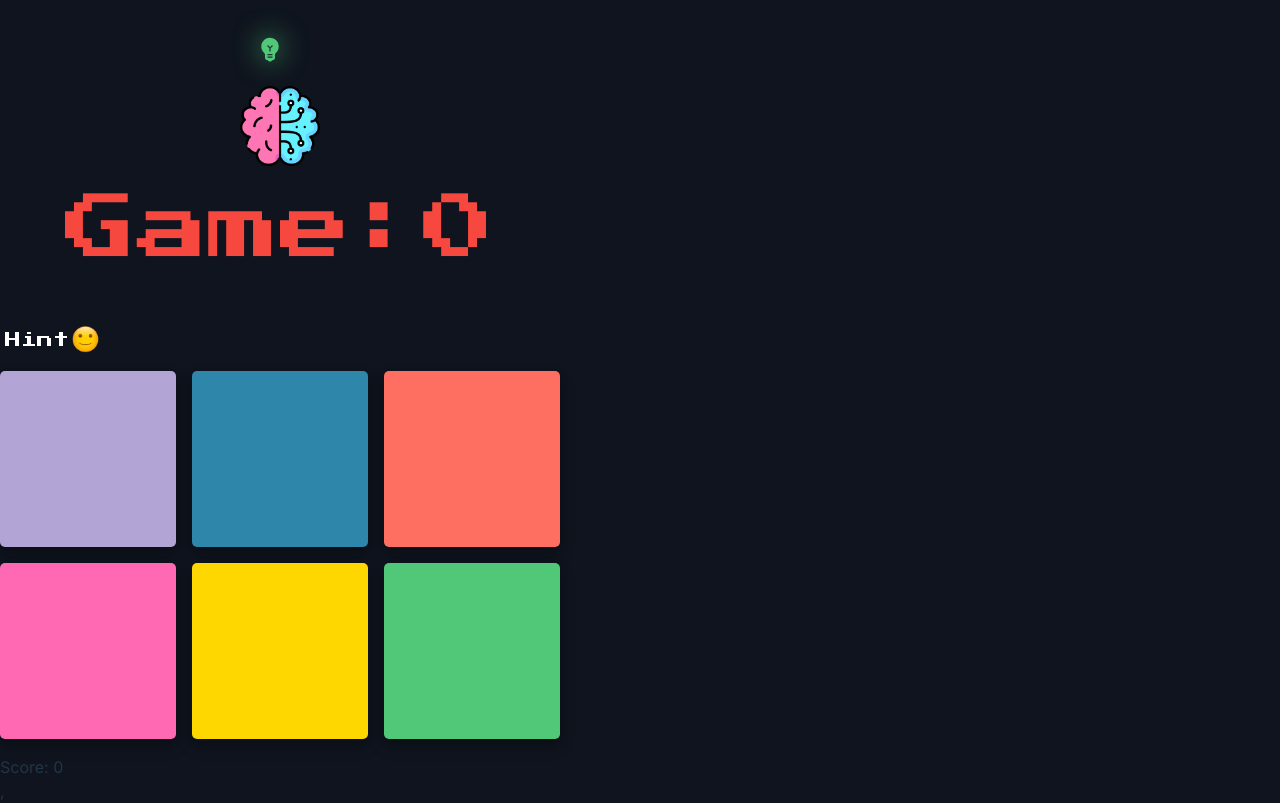
Repository: Shenixo/Color_match_game
Page: /game_play
These files come from the project's save history. The page is drawn as it stood at one moment and after a run of saves; the edit follows.
The browser window is 1280 px wide. The pictures show the whole page.
The project was rebuilt for these pictures with package versions that can differ from the ones it lists, and the page was loaded fresh each time. Also part of the build but not shown: vite.config.js, src/Components/Tab/Tab.css, src/Components/Tab/Tab.jsx, src/Pages/Home/Home.jsx, src/Pages/Rules/Rules.css, src/Pages/Rules/Rules.jsx, src/Pages/Sound/Sound.jsx. Imported but missing from the stored project, and not drawn on this page: src/assets/button_clicks.wav, src/assets/game_theme_sound.mp4.

Above is the page before, as saved 2025-02-04 03:01:03.

After the next 2 saves:
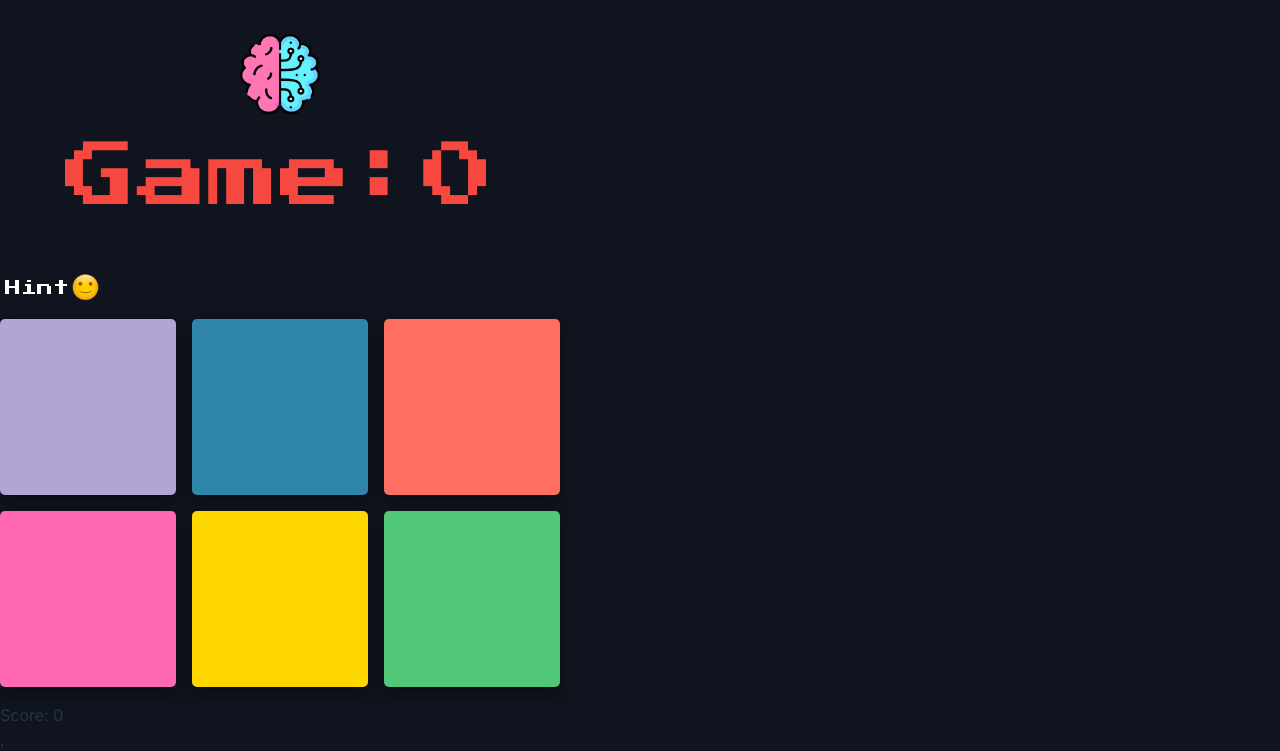
The 2 saves are shown as one change because they came seconds apart.
The last was saved 8 s later.
--- a/src/Pages/GamePlay/GamePlay.css
+++ b/src/Pages/GamePlay/GamePlay.css
@@ -5,5 +5,5 @@
     width: 550px;
 }
 .bulb{
-
+    position: absolute;
 }
